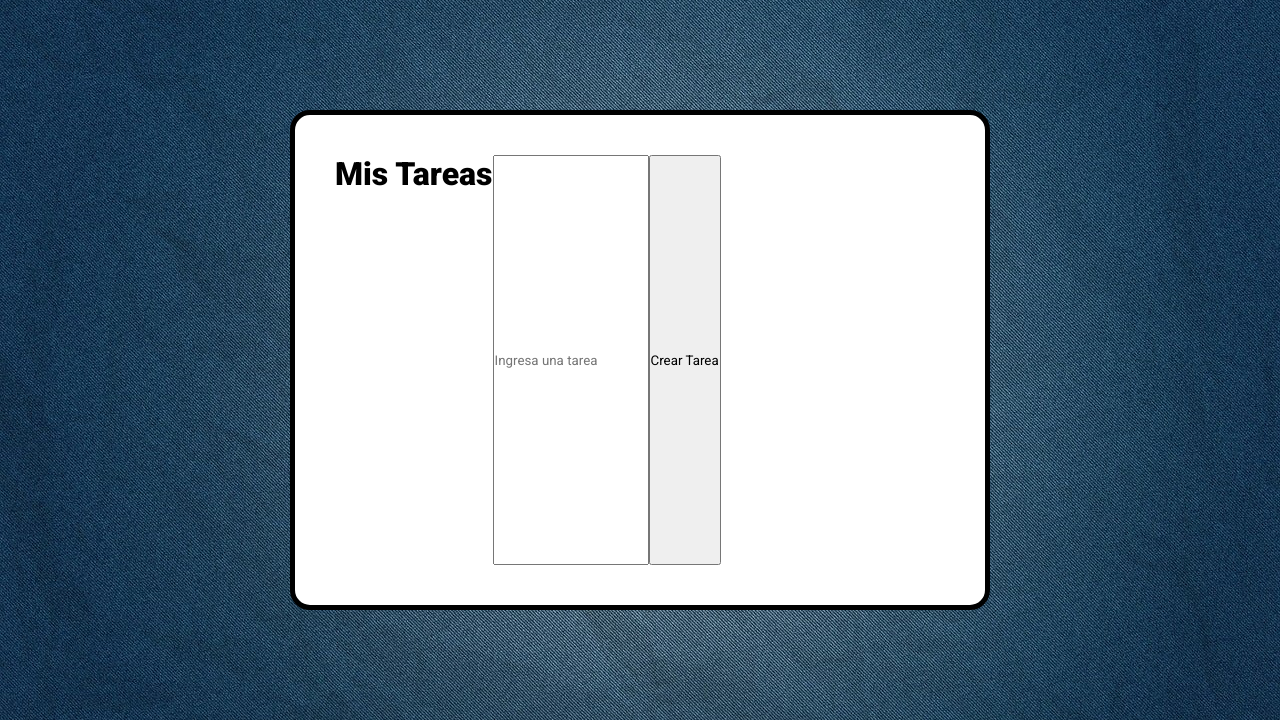
Repository: JoyMoGas/javascript-learn
Page: lista-tareas-pendientes/index.html
The author's editor kept a copy of each file at every save. The page is drawn from the files as they stood at one save, then again after the next save.
The browser window is 1280 px wide. The pictures show the whole page.

Above is the page before, as saved 2024-05-14 12:05:21.

### lista-tareas-pendientes/index.html
<!DOCTYPE html>
<html lang="es">
  <head>
    <meta charset="UTF-8" />
    <meta name="viewport" content="width=device-width, initial-scale=1.0" />
    <link rel="stylesheet" href="styles.css">
    <title>Lista De Tareas</title>
  </head>
  <body>
    <main class="contenedor">
      <h1>Mis Tareas</h1>
      <input id="ingresar-tarea" placeholder="Ingresa una tarea">
      <button type="submit">Crear Tarea</button>
      <div id="lista-de-tareas">
        <!-- Tareas -->

      </div>
    </main>

    <script src="app.js"></script>
  </body>
</html>

### lista-tareas-pendientes/styles.css
@import url('https://fonts.googleapis.com/css2?family=Roboto:wght@400;900&display=swap');

/* Estilos generales */

* {
  margin: 0;
  padding: 0;
  box-sizing: border-box;
  font-family: 'Roboto', sans-serif;
}

body {
  min-height: 100vh;
  display: flex;
  justify-content: center;
  align-items: center;
  text-align: center;
  padding: 40px 0;
  background: url(images/fondo.jpg) no-repeat center center/ cover;
}

/* Contenedor */

.contenedor {
  width: 700px;
  min-height: 500px;
  background-color: white;
  padding: 40px;
  border: 5px solid black;
  border-radius: 20px;
  display: flex;
  flex-wrap: wrap;
}

Loaded but not shown: lista-tareas-pendientes/app.js (no stored copy; drawn as an empty file)

After the next save:
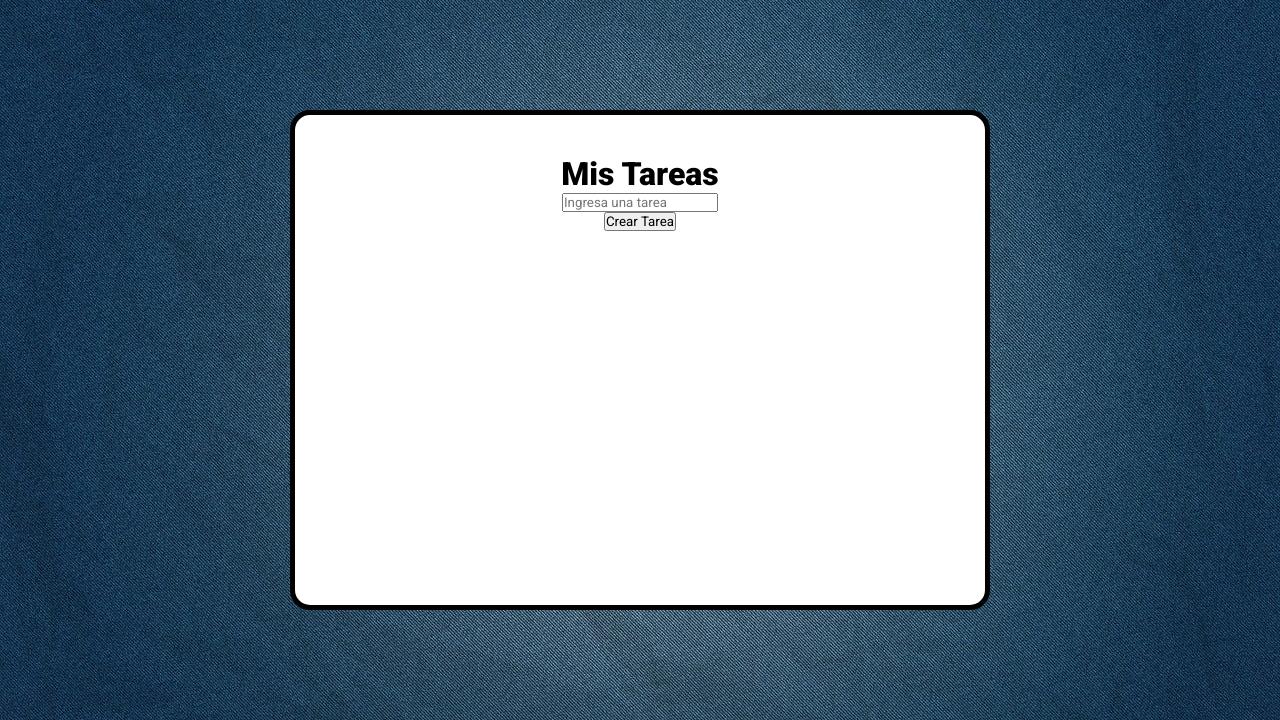
Saved 17 s later.
--- a/lista-tareas-pendientes/styles.css
+++ b/lista-tareas-pendientes/styles.css
@@ -30,4 +30,6 @@ body {
   border-radius: 20px;
   display: flex;
   flex-wrap: wrap;
+  flex-direction: column;
+  align-items: center;
 }
